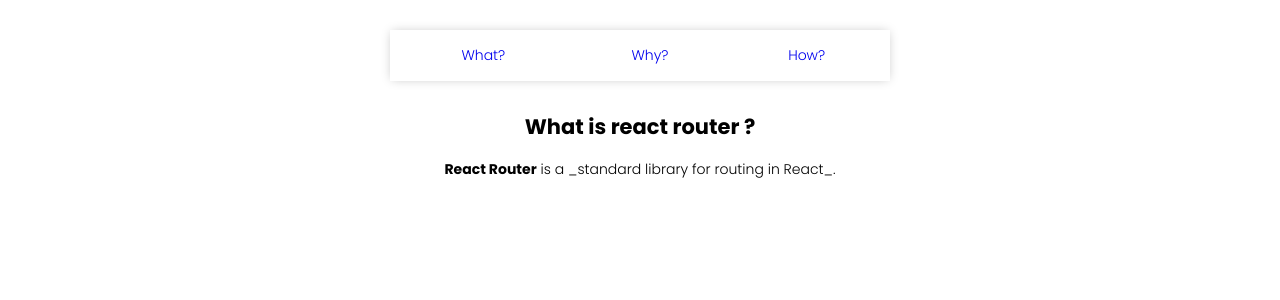
Repository: nguy3nds/2021-18-9-react
Page: /How
An editor plug-in stored every save of this project. The page is shown before and after a run of saves, followed by the edit.
The browser window is 1280 px wide. The pictures show the whole page.
The project was rebuilt for these pictures with package versions that can differ from the ones it lists, and the page was loaded fresh each time. Also part of the build but not shown: src/components/How.js, src/components/Why.js.

Above is the page before, as saved 2021-09-18 23:59:17.

After the next 2 saves:
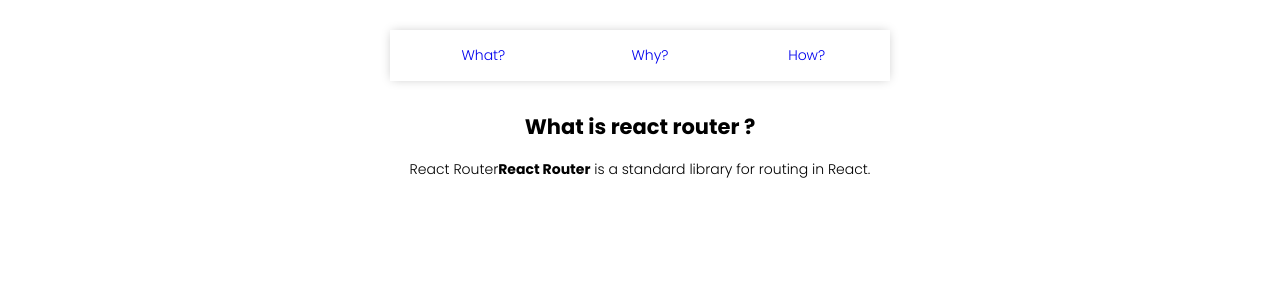
The 2 saves are shown as one change because they came seconds apart.
The last was saved 7 s later.
--- a/src/components/What.js
+++ b/src/components/What.js
@@ -5,7 +5,8 @@ export default function What() {
     <div>
       <h2>What is react router ?</h2>
       <p>
-        <b>React Router</b> is a _standard library for routing in React_.
+        React Router
+        <b>React Router</b> is a standard library for routing in React.
       </p>
     </div>
   );
